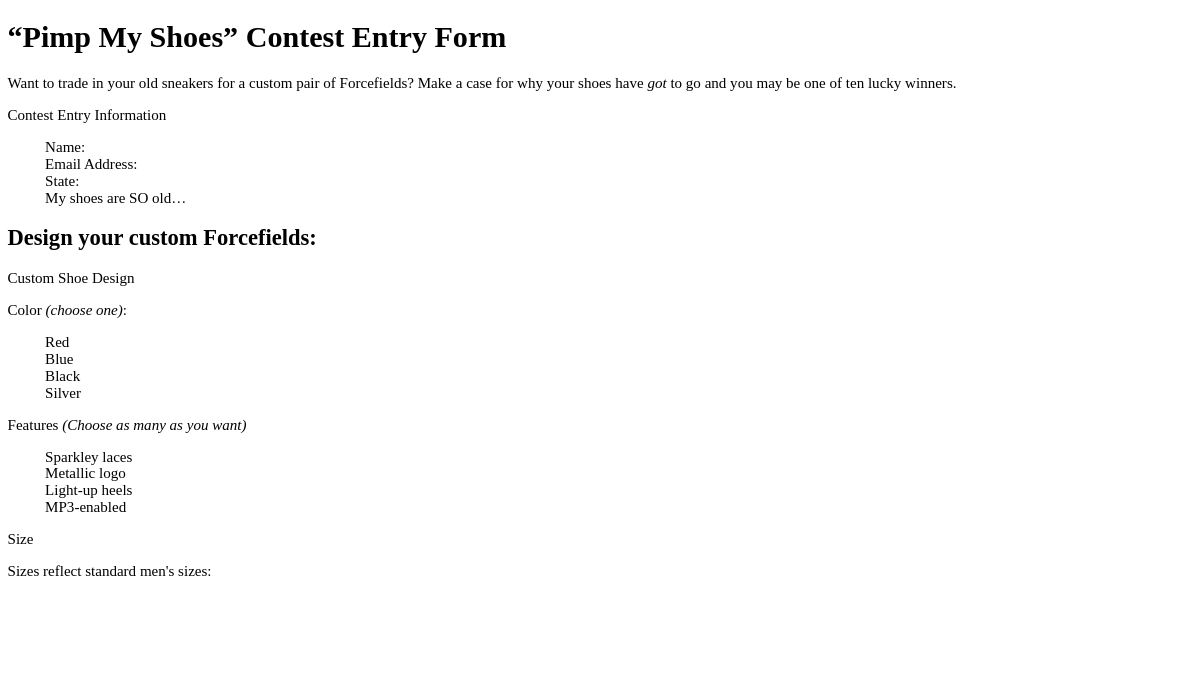
Repository: Lithium87/WebDesign
Page: Forms/contest_entry.html
The author's editor kept a copy of each file at every save. The page is drawn from the files as they stood at one save, then again after the next save.
The browser window is 1280 px wide. The pictures show the whole page, at 94% of full size.

Above is the page before, as saved 2020-04-09 16:14:41.

### Forms/contest_entry.html
<!DOCTYPE html >
<html>
<head>
  <meta charset="utf-8" >
   <title>Contest Entry Form</title>
   <style type="text/css">
      ol, ul {
     list-style-type: none;
      }
   </style>
</head>

<body>

<h1>&ldquo;Pimp My Shoes&rdquo; Contest Entry Form</h1>

<p>Want to trade in your old sneakers for a custom pair of Forcefields? Make a case for why your shoes have <em>got</em> to go and you may be one of ten lucky winners.</p>

<p>Contest Entry Information</p>

<ul>
<li>Name:</li>
<li>Email Address:</li>
<li>State:</li>
<li>My shoes are SO old…</li>
</ul>

<h2>Design your custom Forcefields:</h2>

<p>Custom Shoe Design</p>

<p>Color <em>(choose one)</em>:</p>
  <ul>
  <li>Red</li>
  <li>Blue</li>
  <li>Black</li>
  <li>Silver</li>
  </ul>

<p>Features <em>(Choose as many as you want)</em></p>
  <ul>
  <li>Sparkley laces</li>
  <li>Metallic logo</li>
  <li>Light-up heels</li>
  <li>MP3-enabled</li>
  </ul>

<p>Size</p>
<p>Sizes reflect standard men's sizes:</p>

</body>
</html>

After the next save:
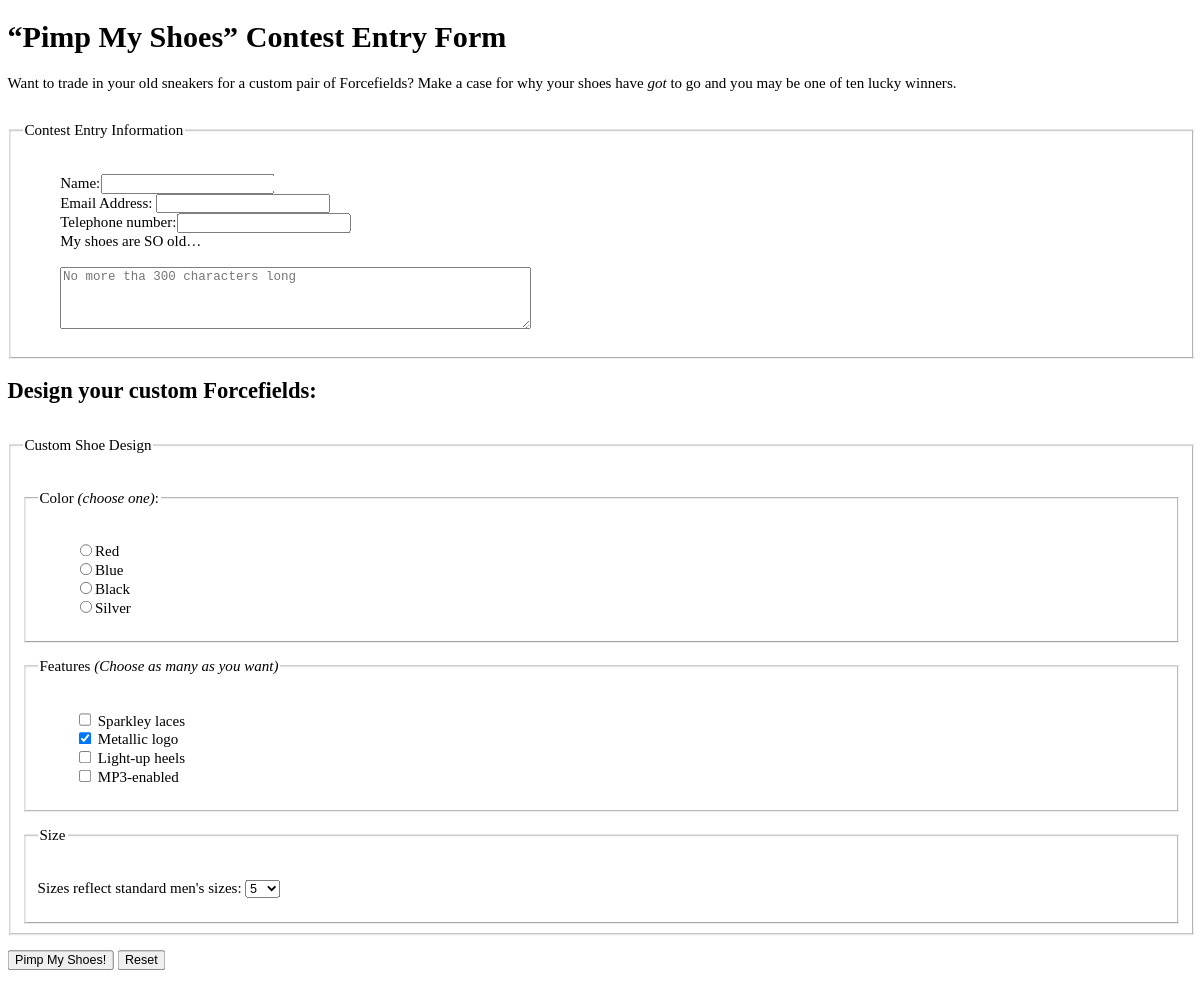
Saved 19 h 24 min later.
--- a/Forms/contest_entry.html
+++ b/Forms/contest_entry.html
@@ -1,52 +1,99 @@
 <!DOCTYPE html >
 <html>
+
 <head>
-  <meta charset="utf-8" >
-   <title>Contest Entry Form</title>
-   <style type="text/css">
-      ol, ul {
-     list-style-type: none;
-      }
-   </style>
+    <meta charset="utf-8">
+    <title>Contest Entry Form</title>
+    <style type="text/css">
+        ol,
+        ul {
+            list-style-type: none;
+        }
+    </style>
 </head>
 
 <body>
 
-<h1>&ldquo;Pimp My Shoes&rdquo; Contest Entry Form</h1>
+    <h1>&ldquo;Pimp My Shoes&rdquo; Contest Entry Form</h1>
 
-<p>Want to trade in your old sneakers for a custom pair of Forcefields? Make a case for why your shoes have <em>got</em> to go and you may be one of ten lucky winners.</p>
+    <p>Want to trade in your old sneakers for a custom pair of Forcefields? Make a case for why your shoes have <em>got</em> to go and you may be one of ten lucky winners.</p>
 
-<p>Contest Entry Information</p>
+    <form action="http://www.learningwebdesign.com/contest.php" method="post">
 
-<ul>
-<li>Name:</li>
-<li>Email Address:</li>
-<li>State:</li>
-<li>My shoes are SO old…</li>
-</ul>
+        <fieldset>
+            <legend>
+                <p>Contest Entry Information</p>
+            </legend>
 
-<h2>Design your custom Forcefields:</h2>
+            <ul>
+                <li><label for="form-name">Name:</label><input type="text" name="username" id="form-name"></li>
+                <li><label for="form-email">Email Address:</label> <input type="emailaddress" name="email" id="form-email"></li>
+                <li><label for="form-tel">Telephone number:</label><input type="tel" name="telephone" id="form-tel"></li>
+                <li><label for="form-story">My shoes are SO old…</label></li><br>
+                <textarea name="story" id="form-story" cols="60" rows="4" maxlength="300" placeholder="No more tha 300 characters long"></textarea>
+            </ul>
+        </fieldset>
 
-<p>Custom Shoe Design</p>
+        <h2>Design your custom Forcefields:</h2>
 
-<p>Color <em>(choose one)</em>:</p>
-  <ul>
-  <li>Red</li>
-  <li>Blue</li>
-  <li>Black</li>
-  <li>Silver</li>
-  </ul>
+        <fieldset>
+            <legend>
+                <p>Custom Shoe Design</p>
+            </legend>
 
-<p>Features <em>(Choose as many as you want)</em></p>
-  <ul>
-  <li>Sparkley laces</li>
-  <li>Metallic logo</li>
-  <li>Light-up heels</li>
-  <li>MP3-enabled</li>
-  </ul>
+            <fieldset>
 
-<p>Size</p>
-<p>Sizes reflect standard men's sizes:</p>
+                <legend>
+                    <p>Color <em>(choose one)</em>:</p>
+                </legend>
+
+                <ul>
+                    <li><label><input type="radio" name="color" value="red">Red</label></li>
+                    <li><label><input type="radio" name="color" value="blue">Blue</label></li>
+                    <li><label><input type="radio" name="color" value="black">Black</label></li>
+                    <li><label><input type="radio" name="color" value="silver">Silver</label></li>
+                </ul>
+            </fieldset>
+
+            <fieldset>
+                <legend>
+                    <p>Features <em>(Choose as many as you want)</em></p>
+                </legend>
+
+                <ul>
+                    <li><label><input type="checkbox" name="feature" value="laces"> Sparkley laces</label></li>
+                    <li><label><input type="checkbox" name="feature" value="logo" checked> Metallic logo</label></li>
+                    <li><label><input type="checkbox" name="feature" value="heels"> Light-up heels</label></li>
+                    <li><label><input type="checkbox" name="feature" value="mp3"> MP3-enabled</label></li>
+                </ul>
+            </fieldset>
+
+            <fieldset>
+                <legend>
+                    <p>Size</p>
+                </legend>
+
+                <label for="form-size"><p>Sizes reflect standard men's sizes:</label>
+                <select name="size" id="form-size" size="1">
+      <option value="5">5</option>
+      <option value="6">6</option>
+      <option value="7">7</option>
+      <option value="8">8</option>
+      <option value="9">9</option>
+      <option value="10">10</option>
+      <option value="11">11</option>
+      <option value="12">12</option>
+      <option value="13">13</option>
+    </select>
+                </p>
+            </fieldset>
+        </fieldset>
+        <p><input type="submit" value="Pimp My Shoes!">
+            <input type="reset"></p>
+
+        </fieldset>
+    </form>
 
 </body>
+
 </html>
